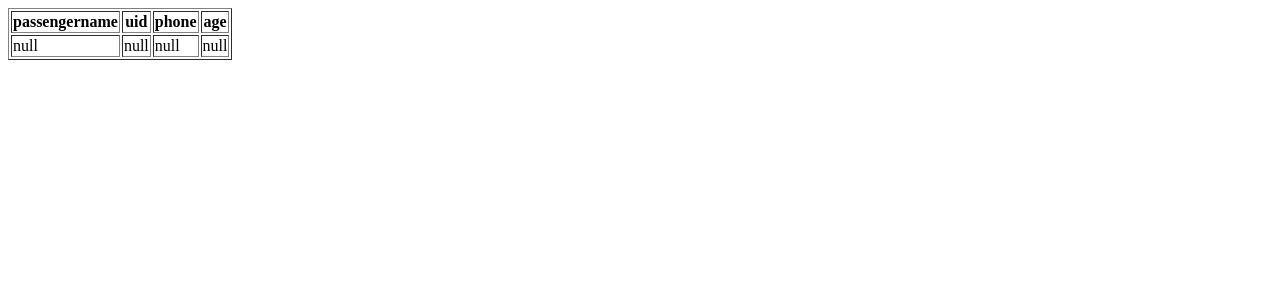
Repository: manishmachha/Project-FlyAway
Page: http://localhost/FlyAway/showdetails.jsp
These files come from the project's save history. The page is drawn as it stood at one moment and after the next save; the edit follows.
The browser window is 1280 px wide. The pictures show the whole page.
The page is served by Tomcat 9.

Above is the page before, as saved 2022-01-04 07:08:17.

### FlyAway/src/main/webapp/showdetails.jsp
<%@ page language="java" contentType="text/html; charset=ISO-8859-1"
    pageEncoding="ISO-8859-1"%>
<%
String name=request.getParameter("fullname");
String UID=request.getParameter("uid");
String phone=request.getParameter("phone");
String age=request.getParameter("age");
%>
<table border="1">
	<tr>
		<th> passengername</th>
		<th>uid</th>
		<th>phone</th>
		<th>age</th>
	</tr>
	<tr>
		<td><%=name%></td>
		<td><%=UID%></td>
		<td><%=phone%></td>
		<td><%=age%></td>
		</tr>

After the next save:
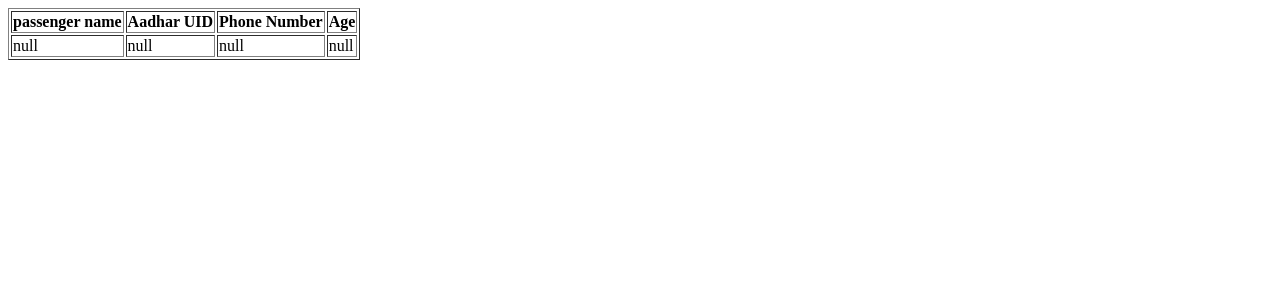
Saved 82 s later.
--- a/FlyAway/src/main/webapp/showdetails.jsp
+++ b/FlyAway/src/main/webapp/showdetails.jsp
@@ -8,10 +8,10 @@ String age=request.getParameter("age");
 %>
 <table border="1">
 	<tr>
-		<th> passengername</th>
-		<th>uid</th>
-		<th>phone</th>
-		<th>age</th>
+		<th> passenger name</th>
+		<th>Aadhar UID</th>
+		<th>Phone Number</th>
+		<th>Age</th>
 	</tr>
 	<tr>
 		<td><%=name%></td>
